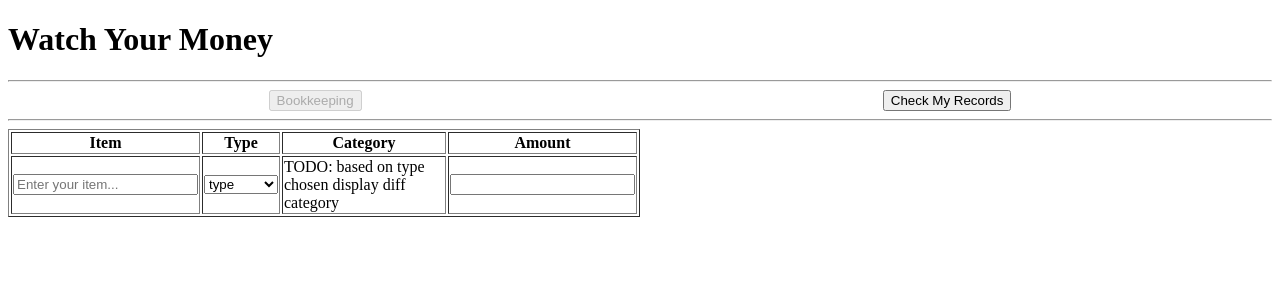
Repository: chelsea9869/Hackathon-TNT
Page: http://localhost/app/watch_your_money.php
The author's editor kept a copy of each file at every save. The page is drawn from the files as they stood at one save, then again after the next save.
The browser window is 1280 px wide. The pictures show the whole page.
The page is run by PHP 8.4 with error messages shown; the project is at /var/www/html/.

Above is the page before, as saved 2020-09-05 12:23:16.

After the next save:
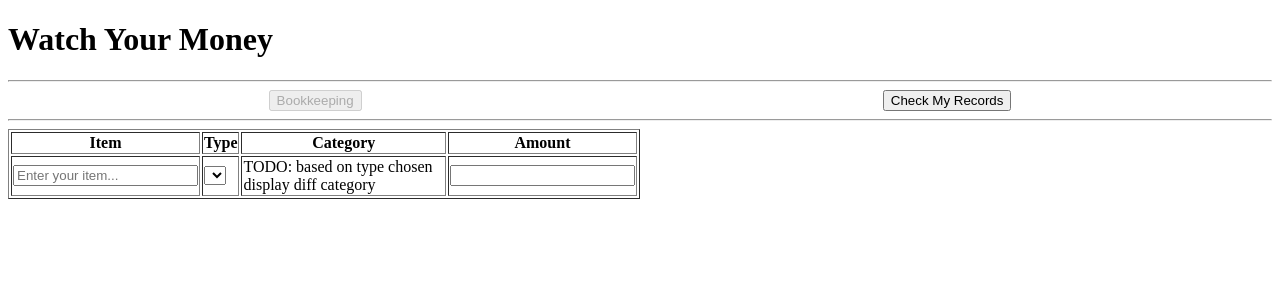
Saved 58 s later.
--- a/app/include/bookkeeping-dropdown.php
+++ b/app/include/bookkeeping-dropdown.php
@@ -6,9 +6,6 @@ $type_dropdown= "<select id='bookkeeping-type' name='type'>";
 $income_dropdown="<select id='bookkeeping-income' name='category'>";
 $expense_dropdown="<select id='bookkeeping-expense' name='category'>";
 
-foreach (($heading = fgetcsv($category))as $idx => $type) {
-    $type_dropdown .= "<option value=$type>$type</option>";
-}
 $type_dropdown .= "</select>";
 
 
